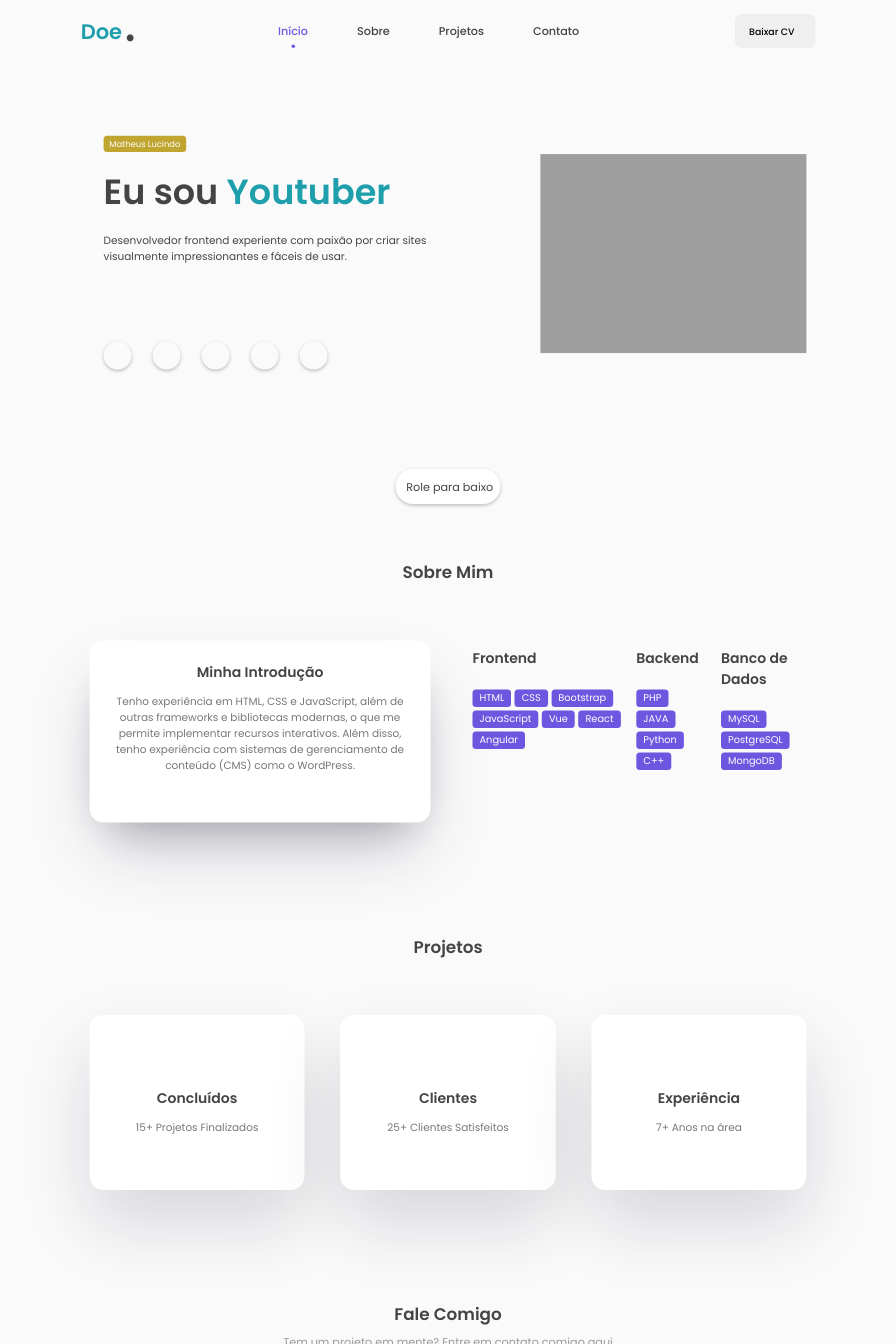
Repository: Matheus904-12/PrePortf
Page: index.html
The author's editor kept a copy of each file at every save. The page is drawn from the files as they stood at one save, then again after the next save.
The browser window is 1280 px wide. The pictures show the part of the page from y = 0 to 1920 px (the page is 2790 px tall), at 70% of full size.
Pictures or frames that could not be fetched are drawn as grey boxes. Some icons come from a web library that is not loaded, so they are not drawn.

Above is the page before, as saved 2023-09-29 10:49:30.

### index.html
<!DOCTYPE html>
<html lang="pt-br">

<head>
    <meta charset="UTF-8">
    <meta name="viewport" content="width=device-width, initial-scale=1.0">

    <!-- UNICONS -->
    <link rel="stylesheet" href="https://unicons.iconscout.com/release/v4.0.8/css/line.css">
    <!-- CSS -->
    <link rel="stylesheet" href="./style.css">
    <!-- Adicionar favicon -->
    <link rel="shortcut icon" href="assets/images/favicon.png" type="image/x-icon">

    <title>Portfólio | Codingdev</title>
</head>

<body>
    <div class="container">
        <!-- --------------- CABEÇALHO --------------- -->
        <nav id="header">
            <div class="nav-logo">
                <p class="nav-name">Doe</p>
                <span>.</span>
            </div>
            <div class="nav-menu" id="myNavMenu">
                <ul class="nav_menu_list">
                    <li class="nav_list">
                        <a href="#home" class="nav-link active-link">Início</a>
                        <div class="circle"></div>
                    </li>
                    <li class="nav_list">
                        <a href="#about" class="nav-link">Sobre</a>
                        <div class="circle"></div>
                    </li>
                    <li class="nav_list">
                        <a href="#projects" class="nav-link">Projetos</a>
                        <div class="circle"></div>
                    </li>
                    <li class="nav_list">
                        <a href="#contact" class="nav-link">Contato</a>
                        <div class="circle"></div>
                    </li>
                </ul>
            </div>
            <div class="nav-button">
                <button class="btn">Baixar CV <i class="uil uil-file-alt"></i></button>
            </div>
            <div class="nav-menu-btn">
                <i class="uil uil-bars" onclick="myMenuFunction()"></i>
            </div>
        </nav>


        <!-- -------------- PRINCIPAL ---------------- -->
        <main class="wrapper">
            <!-- -------------- DESTAQUE ---------------- -->
            <section class="featured-box" id="home">
                <div class="featured-text">
                    <div class="featured-text-card">
                        <span>Matheus Lucindo</span>
                    </div>
                    <div class="featured-name">
                        <p>Eu sou <span class="typedText"></span></p>
                    </div>
                    <div class="featured-text-info">
                        <p>Desenvolvedor frontend experiente com paixão por criar sites visualmente
                            impressionantes e fáceis de usar.
                        </p>
                    </div>

                    <div class="social_icons">
                        <div class="icon"><i class="uil uil-instagram"></i></div>
                        <div class="icon"><i class="uil uil-linkedin-alt"></i></div>
                        <div class="icon"><i class="uil uil-twitter"></i></div>
                        <div class="icon"><i class="uil uil-github-alt"></i></div>
                        <div class="icon"><i class="uil uil-figma"></i></div> <!-- Adicionado ícone do Figma -->
                    </div>
                </div>
                <div class="featured-image">
                    <div class="image">
                        <img src="./perfil.png" alt="avatar">
                    </div>
                </div>
                <div class="scroll-icon-box">
                    <a href="#about" class="scroll-btn">
                        <i class="uil uil-mouse-alt"></i>
                        <p>Role para baixo</p>
                    </a>
                </div>

            </section>
            <!-- -------------- SOBRE ---------------- -->
            <section class="section" id="about">
                <div class="top-header">
                    <h1>Sobre Mim</h1>
                </div>
                <div class="row">
                    <div class="col">
                        <div class="about-info">
                            <h3>Minha Introdução</h3>
                            <p>Tenho experiência em HTML, CSS e JavaScript, além de outras frameworks e bibliotecas
                                modernas, o que me permite implementar recursos interativos. Além disso, tenho
                                experiência com sistemas de gerenciamento de conteúdo (CMS) como o WordPress.
                            </p>
                        </div>
                    </div>
                    <div class="col">
                        <div class="skills-box">
                            <div class="skills-header">
                                <h3>Frontend</h3>
                            </div>
                            <div class="skills-list">
                                <span>HTML</span>
                                <span>CSS</span>
                                <span>Bootstrap</span>
                                <span>JavaScript</span>
                                <span>Vue</span>
                                <span>React</span>
                                <span>Angular</span>
                            </div>
                        </div>
                        <div class="skills-box">
                            <div class="skills-header">
                                <h3>Backend</h3>
                            </div>
                            <div class="skills-list">
                                <span>PHP</span>
                                <span>JAVA</span>
                                <span>Python</span>
                                <span>C++</span>
                            </div>
                        </div>
                        <div class="skills-box">
                            <div class="skills-header">
                                <h3>Banco de Dados</h3>
                            </div>
                            <div class="skills-list">
                                <span>MySQL</span>
                                <span>PostgreSQL</span>
                                <span>MongoDB</span>
                            </div>
                        </div>
                    </div>
                </div>
            </section>

            <!-- -------------- PROJETOS ---------------- -->

            <section class="section" id="projects">
                <div class="top-header">
                    <h1>Projetos</h1>
                </div>
                <div class="project-container">
                    <div class="project-box">
                        <i class="uil uil-briefcase-alt"></i>
                        <h3>Concluídos</h3>
                        <label>15+ Projetos Finalizados</label>
                    </div>
                    <div class="project-box">
                        <i class="uil uil-users-alt"></i>
                        <h3>Clientes</h3>
                        <label>25+ Clientes Satisfeitos</label>
                    </div>
                    <div class="project-box">
                        <i class="uil uil-award"></i>
                        <h3>Experiência</h3>
                        <label>7+ Anos na área</label>
                    </div>
                </div>
            </section>

            <!-- -------------- CONTATO ---------------- -->

            <section class="section" id="contact">
                <div class="top-header">
                    <h1>Fale Comigo</h1>
                    <span>Tem um projeto em mente? Entre em contato comigo aqui</span>
                </div>
                <div class="row">
                    <div class="col">
                        <div class="contact-info">
                            <h2>Me Encontre <i class="uil uil-corner-right-down"></i></h2>
                            <p><i class="uil uil-envelope"></i> Email: joao@doe.com</p>
                            <p><i class="uil uil-phone"></i> +55 11 91234-5678</p>
                        </div>
                    </div>
                    <div class="col">
                        <div class="form-control">
                            <div class="form-inputs">
                                <input type="text" class="input-field" placeholder="Nome">
                                <input type="text" class="input-field" placeholder="Email">
                            </div>
                            <div class="text-area">
                                <textarea placeholder="Mensagem"></textarea>
                            </div>
                            <div class="form-button">
                                <button class="btn">Enviar <i class="uil uil-message"></i></button>
                            </div>
                        </div>
                    </div>
                </div>
            </section>

        </main>


        <!-- --------------- RODAPÉ --------------- -->
        <footer>
            <div class="top-footer">
                <p>João Doe .</p>
            </div>
            <div class="middle-footer">
                <ul class="footer-menu">
                    <li class="footer_menu_list">
                        <a href="#home">Início</a>
                    </li>
                    <li class="footer_menu_list">
                        <a href="#about">Sobre</a>
                    </li>
                    <li class="footer_menu_list">
                        <a href="#projects">Projetos</a>
                    </li>
                    <li class="footer_menu_list">
                        <a href="#contact">Contato</a>
                    </li>
                </ul>
            </div>
            <div class="footer-social-icons">
                <div class="icon"><i class="uil uil-instagram"></i></div>
                <div class="icon"><i class="uil uil-linkedin-alt"></i></div>
                <div class="icon"><i class="uil uil-twitter"></i></div>
                <div class="icon"><i class="uil uil-github-alt"></i></div>
                <div class="icon"><i class="uil uil-figma"></i></div> <!-- Adicionado ícone do Figma -->
            </div>
            <div class="bottom-footer">
                <p>Direitos Autorais &copy; <a href="#home" style="text-decoration: none;">João Doe</a> - Todos os direitos
                    reservados
                </p>
            </div>
        </footer>

    </div>

    <!-- ----- TYPING JS Link ----- -->
    <script src="https://unpkg.com/typed.js@2.0.16/dist/typed.umd.js"></script>

    <!-- ----- SCROLL REVEAL JS Link----- -->
    <script src="https://unpkg.com/scrollreveal"></script>

    <!-- ----- MAIN JS ----- -->
    <script src="./script.js"></script>
</body>

</html>

### style.css
/* ----- POPPINS FONT Link ----- */
@import url('https://fonts.googleapis.com/css2?family=Poppins:wght@400;500;600;700&display=swap');

/* ----- VARIABLES ----- */
:root{
    --body-color: rgb(250, 250, 250);
    --color-white: rgb(255, 255, 255);

    --text-color-second: rgb(68, 68, 68);
    --text-color-third: rgb(30, 159, 171);

    --first-color: rgb(110, 87, 224);
    --first-color-hover: rgb(40, 91, 212);

    --second-color: rgb(110, 87, 224);
    --third-color: rgb(192, 166, 49);
    --first-shadow-color: rgba(0, 0, 0, 0.1);

}

/* ----- BASE ----- */
*{
    margin: 0;
    padding: 0;
    box-sizing: border-box;
    font-family: 'Poppins', sans-serif;
}

/* ----- SMOOTH SCROLL ----- */
html{
    scroll-behavior: smooth;
}

/* ----- CHANGE THE SCROLL BAR DESIGN ----- */
::-webkit-scrollbar{
    width: 10px;
    border-radius: 25px;
}
::-webkit-scrollbar-track{
    background: #f1f1f1;
}
::-webkit-scrollbar-thumb{
    background: #ccc;
    border-radius: 30px;
}
::-webkit-scrollbar-thumb:hover{
    background: #bbb;
}


/* ---##-- REUSABLE CSS --##--- */

/* ----- GLOBAL BUTTON DESIGN ----- */
.btn{
    font-weight: 500;
    padding: 12px 20px;
    background: #efefef;
    border: none;
    border-radius: 10px;
    cursor: pointer;
    transition: .4s;
}
.btn>i{
    margin-left: 10px;
}
.btn:hover{
    background: var(--second-color);
    color: var(--color-white);
}

/* ----- GLOBAL ICONS DESIGN ----- */
i{
    font-size: 16px;
}

/* ------- BASE -------- */
body{
    background: var(--body-color);
}
.container{
    width: 100%;
    position: relative;
    overflow-x: hidden; /* not mandatory */
}

/* ----- NAVIGATION BAR ----- */
nav{
    position: fixed;
    display: flex;
    justify-content: space-between;
    width: 100%;
    height: 90px;
    line-height: 90px;
    background: var(--body-color);
    padding-inline: 9vw;
    transition: .3s;
    z-index: 100;
}
.nav-logo{
   position: relative;
}
.nav-name{
    font-size: 30px;
    font-weight: 600;
    color: var(--text-color-third);
}
.nav-logo span{
    position: absolute;
    top: -15px;
    right: -20px;
    font-size: 5em;
    color: var(--text-color-second);
}
.nav-menu, .nav_menu_list{
    display: flex;
}
.nav-menu .nav_list{
    list-style: none;
    position: relative;
}
.nav-link{
    text-decoration: none;
    color: var(--text-color-second);
    font-weight: 500;
    padding-inline: 15px;
    margin-inline: 20px;
}
.nav-menu-btn{
    display: none;
}
.nav-menu-btn i{
    font-size: 28px;
    cursor: pointer;
}
.active-link{
    position: relative;
    color: var(--first-color);
    transition: .3;
}
.active-link::after{
    content: '';
    position: absolute;
    left: 50%;
    bottom: -15px;
    transform: translate(-50%, -50%);
    width: 5px;
    height: 5px;
    background: var(--first-color);
    border-radius: 50%;
}


/* ----- WRAPPER DESIGN ----- */
.wrapper{
    padding-inline: 10vw;
}

/* ----- FEATURED BOX ----- */
.featured-box{
    position: relative;
    display: flex;
    height: 100vh;
    min-height: 700px;
}

/* ----- FEATURED TEXT BOX ----- */
.featured-text{
    position: relative;
    display: flex;
    justify-content: center;
    align-content: center;
    min-height: 80vh;
    flex-direction: column;
    width: 50%;
    padding-left: 20px;
}
.featured-text-card span{
    background: var(--third-color);
    color: var(--color-white);
    padding: 3px 8px;
    font-size: 12px;
    border-radius: 5px;
}
.featured-name{
    font-size: 50px;
    font-weight: 600;
    color: var(--text-color-second);
    margin-block: 20px;
}
.typedText{
    text-transform: capitalize;
    color: var(--text-color-third);
}
.featured-text-info{
    font-size: 15px;
    margin-bottom: 30px;
    color: var(--text-color-second);
}
.featured-text-btn{
    display: flex;
    gap: 20px;
}
.featured-text-btn>.blue-btn{
    background: var(--first-color);
    color: var(--color-white);
}
.featured-text-btn>.blue-btn:hover{
    background: var(--first-color-hover);
}
.social_icons{
    display: flex;
    margin-top: 5em;
    gap: 30px;
}
.icon{
    display: flex;
    justify-content: center;
    align-items: center;
    width: 40px;
    height: 40px;
    border-radius: 50%;
    box-shadow: 0px 2px 5px 0px rgba(0, 0, 0, 0.25);
    cursor: pointer;
}
.icon:hover{
    color: var(--first-color);
}

/* ----- FEATURED IMAGE BOX ----- */
.featured-image{
    display: flex;
    justify-content: right;
    align-content: center;
    min-height: 80vh;
    width: 50%;
}
.image{
    margin: auto 0;
    width: 380px;
    height: 380px;
    animation: imgFloat 7s ease-in-out infinite;
}
.image img{
    width: 380px;
    height: 380px;
    object-fit: contain;
}
@keyframes imgFloat {
    50%{
        transform: translateY(10px);
    }
}
.scroll-btn{
   position: absolute;
   bottom: 0;
   left: 50%;
   translate: -50%;
   display: flex;
   justify-content: center;
   align-items: center;
   width: 150px;
   height: 50px;
   gap: 5px;
   text-decoration: none;
   color: var(--text-color-second);
   background: var(--color-white);
   border-radius: 30px;
   box-shadow: 0 2px 5px 0 rgba(0, 0, 0, 0.25);
}
.scroll-btn i{
    font-size: 20px;
}

/* ----- MAIN BOX ----- */
.section{
    padding-block: 5em;
}
.row{
    display: flex;
    justify-content: space-between;
    width: 100%;
    gap: 50px;
}
.col{
    display: flex;
    width: 50%;
}

/* -- ## --- RESUABLE CSS -- ## -- */
.top-header{
    text-align: center;
    margin-bottom: 5em;
}
.top-header h1{
    font-weight: 600;
    color: var(--text-color-second);
    margin-bottom: 10px;
}
.top-header span{
    color: #999;
}
h3{
    font-size: 20px;
    font-weight: 600;
    color: var(--text-color-second);
    margin-bottom: 15px;
}

/* ----- ABOUT INFO ----- */
.about-info{
    position: relative;
    display: flex;
    align-items: center;
    flex-direction: column;
    padding-block: 30px 70px;
    padding-inline: 20px;
    width: 100%;
    background: var(--color-white);
    box-shadow: rgba(50, 50, 93, 0.25) 0px 50px 100px -20px, rgba(0, 0, 0, 0.3) 0px 30px 60px -30px;
    border-radius: 20px;
}
.about-info p{
    text-align: center;
    font-size: 15px;
    color: #777;
}
.about-btn button{
    position: absolute;
    right: 20px;
    bottom: 20px;
    background: var(--first-color);
    color: var(--color-white);
    border-radius: 30px;
}
.about-btn button:hover{
    background: var(--first-color-hover);
}

/* ----- ABOUT / SKILLS BOX ----- */
.skills-box{
    margin: 10px;
}
.skills-header{
    margin-bottom: 30px;
}
.skills-list{
    display: flex;
    flex-wrap: wrap;
    gap: 5px;
}
.skills-list span{
    font-size: 14px;
    background: var(--first-color);
    color: var(--color-white);
    padding: 2px 10px;
    border-radius: 5px;
}

/* ----- PROJECTS BOX ----- */
.project-container{
    display: flex;
    width: 100%;
    justify-content: space-between;
    gap: 20px;
    flex-wrap: wrap;
}
.project-box{
    position: relative;
    display: flex;
    justify-content: center;
    align-items: center;
    flex-direction: column;
    width: 30%;
    height: 250px;
    background: var(--color-white);
    border-radius: 20px;
    box-shadow: rgba(17, 12, 46, 0.15) 0px 48px 100px 0px;
    overflow: hidden;
}
.project-box>i{
    font-size: 50px;
    color: #00B5E7;
    margin-bottom: 25px;
}
.project-box label{
    font-size: 15px;
    color: #777;
}
.project-box::after, .contact-info::after{
    content: "";
    position: absolute;
    bottom: -100%;
    background: var(--second-color);
    width: 100%;
    height: 100%;
    transition: .4s;
    z-index: 1;
}
.project-box:hover.project-box::after,
.contact-info:hover.contact-info::after{
    bottom: 0;
}
.project-box:hover.project-box i,
.project-box:hover.project-box>h3,
.project-box:hover.project-box>label{
    color: var(--color-white);
    z-index: 2;
}

/* ----- CONTACT BOX ----- */
.contact-info{
    position: relative;
    display: flex;
    flex-direction: column;
    justify-content: center;
    align-items: center;
    padding: 20px 30px;
    width: 100%;
    height: 315px;
    background: var(--second-color);
    border-radius: 10px;
    box-shadow: 1px 8px 10px 2px var(--first-shadow-color);
    overflow: hidden;
}
.contact-info>h2{
    color: var(--color-white);
    margin-bottom: 20px;
}
.contact-info>p{
    display: flex;
    align-items: center;
    gap: 10px;
    color: var(--color-white);
    margin-block: 5px;
}
.contact-info p>i{
    font-size: 18px;
}
.contact-info::after{
    background: var(--color-white);
}
.contact-info:hover.contact-info h2,
.contact-info:hover.contact-info p,
.contact-info:hover.contact-info i{
    color: #777;
    z-index: 2;
}

/* ----- CONTACT FORM ----- */
.form-control{
    display: flex;
    flex-direction: column;
    gap: 10px;
    width: 100%;
}
.form-inputs{
    display: flex;
    gap: 10px;
    width: 100%;
}
.input-field{
    width: 50%;
    height: 55px;
    background: transparent;
    border: 2px solid #AAA;
    border-radius: 10px;
    padding-inline: 20px;
    outline: none;
}
textarea{
    width: 100%;
    height: 250px;
    background: transparent;
    border: 2px solid #AAA;
    border-radius: 10px;
    padding: 15px 20px;
    outline: none;
    resize: none;
}
.form-button>.btn{
    display: flex;
    align-items: center;
    justify-content: center;
    background: var(--second-color);
    color: var(--color-white);
}
.form-button>.btn:hover{
    background: #00B5E7;
}
.form-button i{
    font-size: 18px;
    rotate: -45deg;
}

/* ----- FOOTER BOX ----- */
footer{
    display: flex;
    justify-content: center;
    align-items: center;
    flex-direction: column;
    row-gap: 30px;
    background: #F8F8F8;
    padding-block: 40px 60px;
}
.top-footer p{
    font-size: 25px;
    font-weight: 600;
}
.middle-footer .footer-menu{
    display: flex;
}
.footer_menu_list{
    list-style: none;
}
.footer_menu_list a{
    text-decoration: none;
    color: var(--text-color-second);
    font-weight: 500;
    margin-inline: 20px;
}
.footer-social-icons{
    display: flex;
    gap: 30px;
}
.bottom-footer{
    font-size: 14px;
    margin-top: 10px;
}


/* ----- MEDIA QUERY == 1024px / RESPONSIVE ----- */
@media only screen and (max-width: 1024px){
    .featured-text{
        padding: 0;
    }
    .image, .image img{
        width: 320px;
        height: 320px;
    }
}

/* ----- MEDIA QUERY == 900px / RESPONSIVE ----- */
@media only screen and (max-width: 900px) {
    .nav-button{
        display: none;
    }
    .nav-menu.responsive{
        left: 0;
    }
    .nav-menu{
        position: fixed;
        top: 80px;
        left: -100%;
        flex-direction: column;
        justify-content: center;
        align-items: center;
        background: rgba(255, 255, 255, 0.7);
        backdrop-filter: blur(20px);
        width: 100%;
        min-height: 450px;
        height: 90vh;
        transition: .3s;
    }
    .nav_menu_list{
        flex-direction: column;
    }
    .nav-menu-btn{
        display: flex;
        align-items: center;
        justify-content: center;
    }
    .featured-box{
        flex-direction: column;
        justify-content: center;
        height: 100vh;
    }
    .featured-text{
        width: 100%;
        order: 2;
        justify-content: center;
        align-content: flex-start;
        min-height: 60vh;
    }
    .social_icons{
        margin-top: 2em;
    }
    .featured-image{
        order: 1;
        justify-content: center;
        min-height: 150px;
        width: 100%;
        margin-top: 65px;
    }
    .image, .image img{
        width: 150px;
        height: 150px;
    }
    .row{
        display: flex;
        flex-direction: column;
        justify-content: center;
        gap: 50px;
    }
    .col{
        display: flex;
        justify-content: center;
        width: 100%;
    }
    .about-info, .contact-info{
        width: 100%;
    }
    .project-container{
        justify-content: center;
    }
    .project-box{
        width: 80%;
    }

}

/* ----- MEDIA QUERY == 540px / RESPONSIVE ----- */

@media only screen and (max-width: 540px){
    .featured-name{
        font-size: 40px;
    }
    .project-box{
        width: 100%;
    }
    .form-inputs{
        flex-direction: column;
    }
    .input-field{
        width: 100%;
    }
}

Loaded but not shown: script.js (117 lines, source omitted)

After the next save:
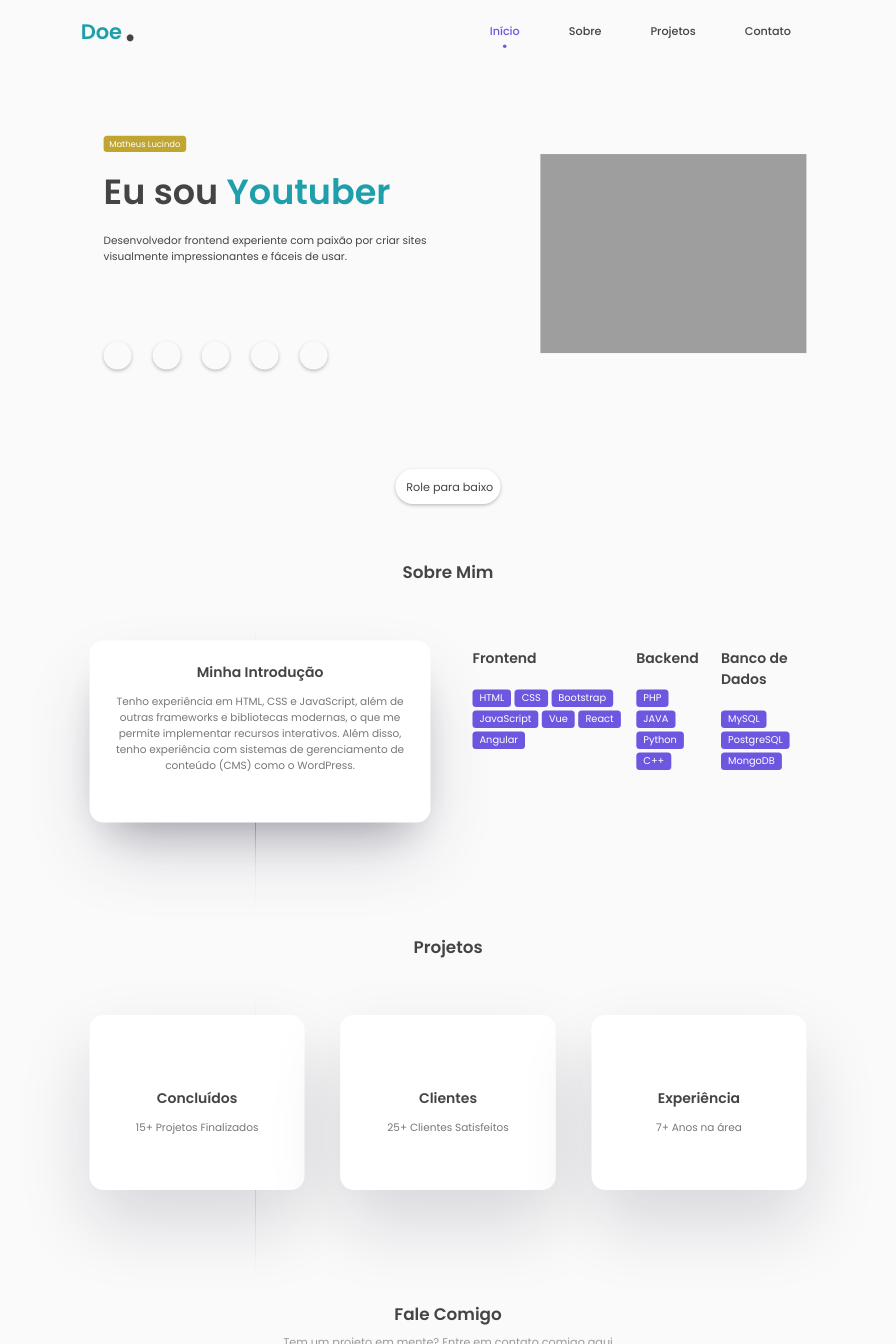
Saved 11 s later.
--- a/index.html
+++ b/index.html
@@ -42,9 +42,6 @@
                         <div class="circle"></div>
                     </li>
                 </ul>
-            </div>
-            <div class="nav-button">
-                <button class="btn">Baixar CV <i class="uil uil-file-alt"></i></button>
             </div>
             <div class="nav-menu-btn">
                 <i class="uil uil-bars" onclick="myMenuFunction()"></i>
